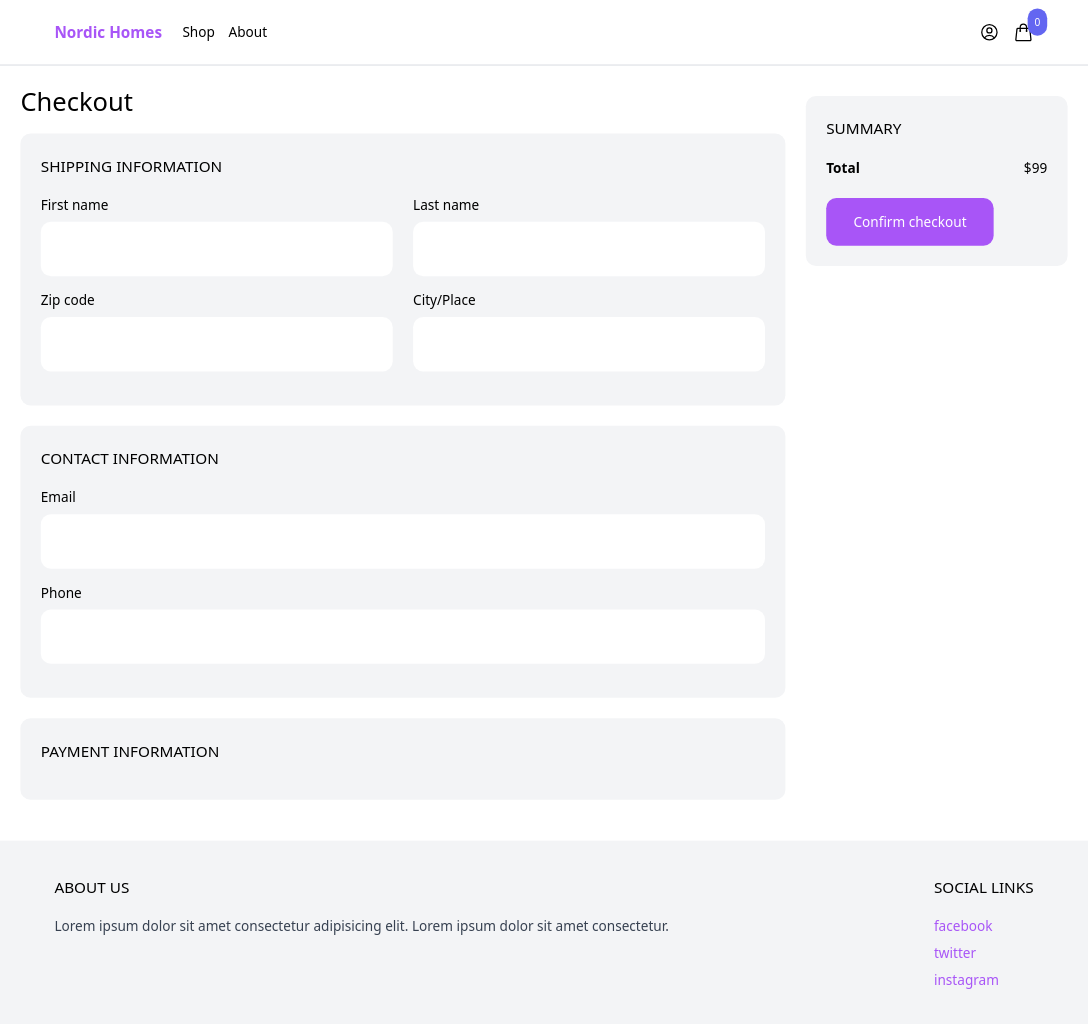
Repository: Calin224/NordicHomes
Page: cart/templates/cart/checkout.html
The author's editor kept a copy of each file at every save. The page is drawn from the files as they stood at one save, then again after the next save.
The browser window is 1280 px wide. The pictures show the whole page, at 85% of full size.
Some web libraries are served in a nearby version. The template is drawn by Django 4.2. The application's start-up code is not run. The template is opened directly, without the code that normally fills it, so the values that code supplies are empty.

Above is the page before, as saved 2023-02-16 21:07:35.

After the next save:
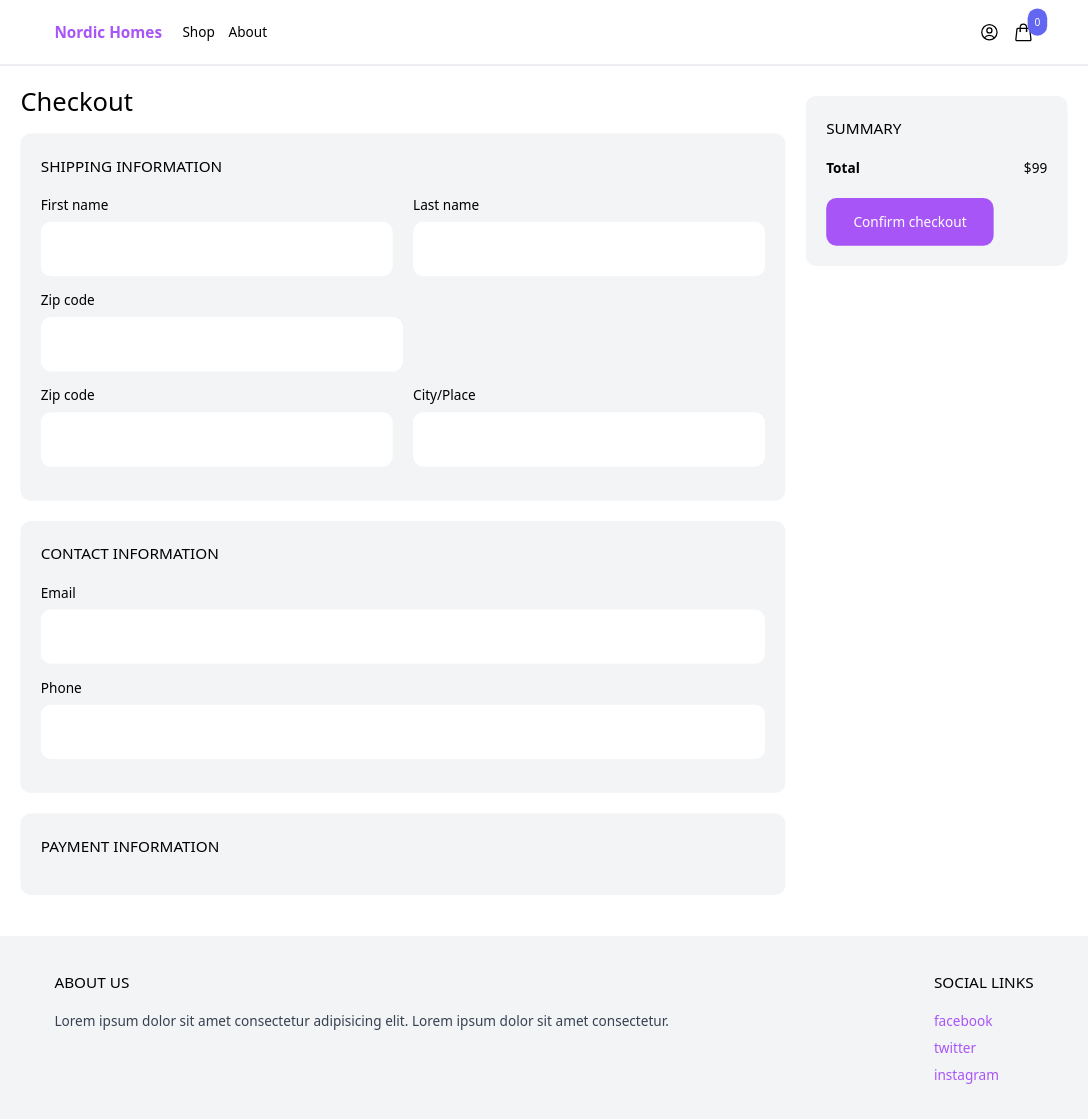
Saved 12 s later.
--- a/cart/templates/cart/checkout.html
+++ b/cart/templates/cart/checkout.html
@@ -19,6 +19,11 @@
                         <label for="" class="inline-block mb-2">Last name</label>
                         <input type="text" class="w-full p-5 rounded-xl">
                     </div>
+                </div>
+
+                <div class="w-1/2 mb-4">
+                    <label for="" class="inline-block mb-2">Zip code</label>
+                    <input type="text" class="w-full p-5 rounded-xl">
                 </div>
 
                 <div class="flex space-x-6">
